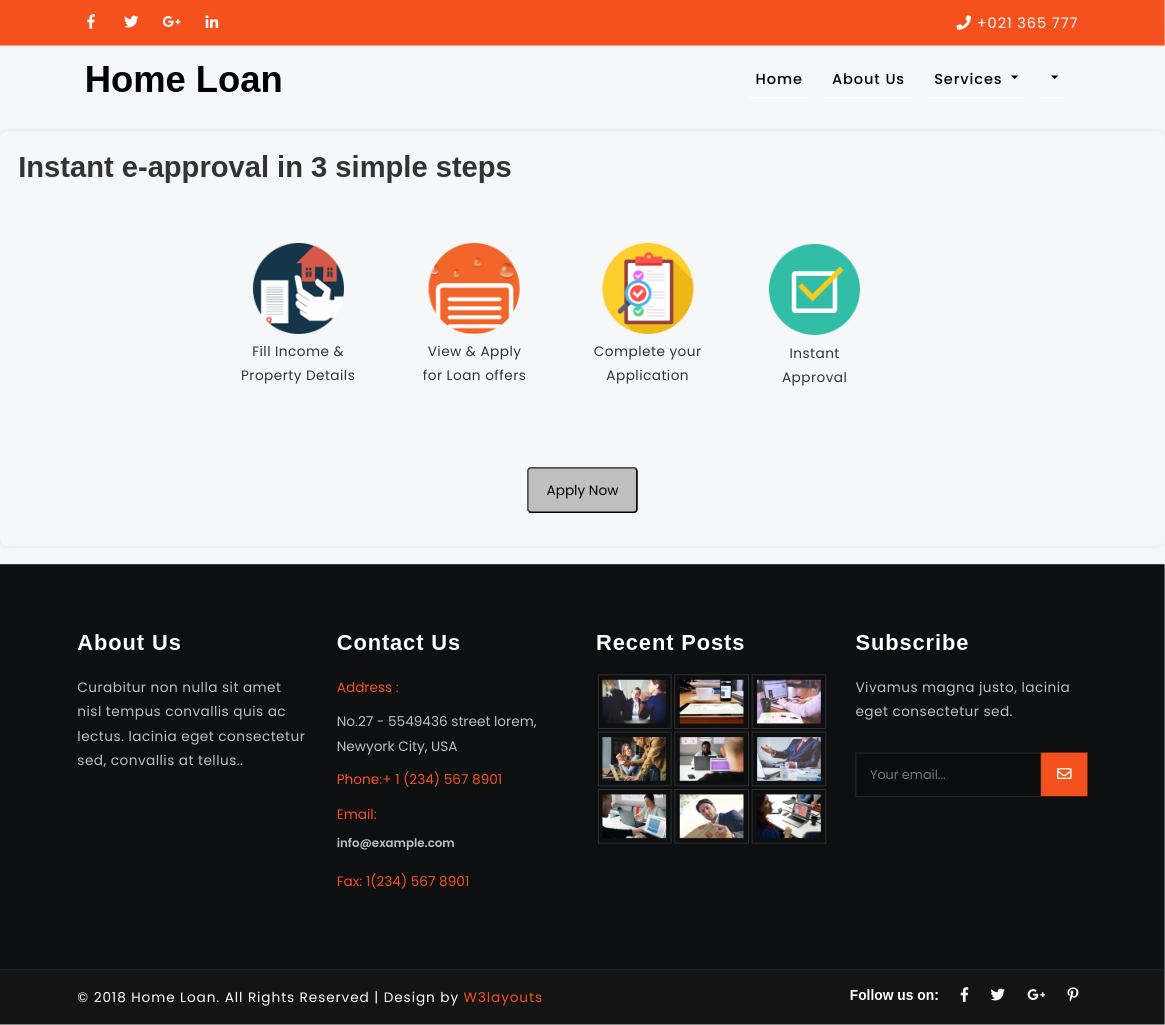
Repository: 72-faisal/Spring-MVC-project
Page: http://localhost/HomeLoan/WEB-INF/views/LoanApplyOnline.jsp
An editor plug-in stored every save of this project. The page is shown before and after the next save, followed by the edit.
The browser window is 1280 px wide. The pictures show the whole page, at 91% of full size.
Some web fonts or font styles are not loaded; a fallback is used. The page is served by Tomcat 9. Nobody is signed in. Other server files are loaded and not shown. The template is opened directly, without the code that normally fills it, so the values that code supplies are empty.

Above is the page before, as saved 2023-12-29 04:13:50.

### HomeLoan/src/main/webapp/WEB-INF/views/LoanApplyOnline.jsp
<%@ page language="java" contentType="text/html; charset=ISO-8859-1"
	pageEncoding="ISO-8859-1"%>
<%@ page isELIgnored="false"%>
<!DOCTYPE html>
<html>
<head>
<meta charset="ISO-8859-1">
<title>Home Loan a Banking Category Flat Bootstrap Responsive
	Website Template | Services :: w3layouts</title>
<style type="text/css">
/* Global Styles */
body {
	font-family: 'Poppins', sans-serif;
	margin: 0;
	padding: 0;
	background-color: #f5f5f5;
}

/* Header Styles */
/*   header {
        background-color: #333;
        color: #fff;
        padding: 10px 0;
    } */
.top {
	background-color: #555;
	padding: 5px 0;
}

.top-middle ul, .top-left ul {
	padding: 0;
	margin: 0;
	list-style: none;
}

.top-middle ul li, .top-left ul li {
	display: inline;
	margin-right: 10px;
}

/* Apply Online Section Styles */
.apply-online {
	/* background-color: #fff; */
	padding: 20px;
	margin: 20px 0;
	border-radius: 8px;
	box-shadow: 0 0 6px rgba(0, 0, 0, 0.1);
}

.apply-online h2 span {
	color: #333;
}

.apply-online ul {
	list-style: none;
	padding: 60px;
	margin: 0;
	text-align: center;
}

.apply-online ul li {
	display: inline-block;
	margin-right: 70px;
	vertical-align: top;
}

.apply-online ul li img {
	max-width: 100%;
}

.apply-online ul li p {
	margin: 5px 0;
}

.apply-online .apply-btn {
	background-color: #bfbfbf;
	color: #000;
	padding: 10px 20px;
	text-decoration: none;
	border-radius: 5px;
	display: inline-block;
	margin-top: 20px;

}

/* Footer Styles */
/*  footer {
        background-color: #f1f1f1;
        color: #fff;
        text-align: center;
        padding: 10px 0;
        margin-top: 20px;
    } */
</style>
<!-- Additional stylesheets -->
<title>Home Loan a Banking Category Flat Bootstrap Responsive
	Website Template | Services :: w3layouts</title>
<meta name="viewport" content="width=device-width, initial-scale=1">
<meta charset="utf-8">
<meta name="keywords"
	content="Home Loan Responsive web template, Bootstrap Web Templates, Flat Web Templates, Android Compatible web template,
SmartPhone Compatible web template, free WebDesigns for Nokia, Samsung, LG, SonyEricsson, Motorola web design" />
<script>
	addEventListener("load", function() {
		setTimeout(hideURLbar, 0);
	}, false);

	function hideURLbar() {
		window.scrollTo(0, 1);
	}
</script>

<!-- Bootstrap Core CSS -->
<link href="<%=request.getContextPath()%>/resources/css/bootstrap.css"
	rel='stylesheet' type='text/css' />
<link href="<%=request.getContextPath()%>/resources/css/style.css"
	rel='stylesheet' type='text/css' />
<!-- font-awesome icons -->
<link
	href="<%=request.getContextPath()%>/resources/css/fontawesome-all.min.css"
	rel="stylesheet">
<!-- //Custom Theme files -->
<!-- online fonts -->
<!-- titles -->
<link
	href="//fonts.googleapis.com/css?family=Raleway:300,400,500,600,700,800,900"
	rel="stylesheet">
<!-- body -->
<link
	href="//fonts.googleapis.com/css?family=Poppins:400,500,600,700,800"
	rel="stylesheet">
</head>

<body>

	<!-- header -->
	<header>
		<div class="top">
			<div class="container">
				<div class="t-op row">
					<div class="col-sm-6 top-middle">
						<ul>
							<li><a href="#"><i class="fab fa-facebook-f"></i></a></li>
							<li><a href="#"><i class="fab fa-twitter"></i></a></li>
							<li><a href="#"><i class="fab fa-google-plus-g"></i></a></li>
							<li><a href="#"><i class="fab fa-linkedin-in"></i></a></li>
						</ul>
					</div>
					<div class="col-sm-6 top-left">
						<ul>
							<li><i class="fas fa-phone"></i> +021 365 777</li>
						</ul>
					</div>
				</div>
			</div>
		</div>
		<div class="container">
			<nav class="navbar navbar-expand-lg navbar-light">
				<h1>
					<a class="navbar-brand text-capitalize" href="index"> Home Loan
					</a>
				</h1>
				<button class="navbar-toggler" type="button" data-toggle="collapse"
					data-target="#navbarSupportedContent"
					aria-controls="navbarSupportedContent" aria-expanded="false"
					aria-label="Toggle navigation">
					<span class="navbar-toggler-icon"></span>
				</button>

				<div class="collapse navbar-collapse" id="navbarSupportedContent">
					<ul class="navbar-nav text-center  ml-lg-auto">
						<li class="nav-item mr-3"><a class="nav-link" href="index">Home
								<span class="sr-only">(current)</span>
						</a></li>
						<li class="nav-item  mr-3"><a class="nav-link" href="about">About
								Us</a></li>

						<li class="nav-item dropdown mr-3"><a
							class="nav-link dropdown-toggle" href="#" id="navbarDropdown"
							role="button" data-toggle="dropdown" aria-haspopup="true"
							aria-expanded="false"> Services </a>
							<div class="dropdown-menu" aria-labelledby="navbarDropdown">
								<a class="dropdown-item" href="LoanApplyOnline">Apply Online</a>
								<a class="dropdown-item" href="LoanApprovedProject">Approved
									Project</a> <a class="dropdown-item" href="LoanCalculator">Loan
									Calculator</a>
							</div></li>
						<li class="nav-item dropdown mr-3"><a
							class="nav-link dropdown-toggle" href="#" id="navbarDropdown"
							role="button" data-toggle="dropdown" aria-haspopup="true"
							aria-expanded="false"> ${user.name } </a>
							<div class="dropdown-menu" aria-labelledby="navbarDropdown">
								<a class="dropdown-item" href="UserProfile">Profile</a> <a
									class="dropdown-item" href="UserChangePassword">Change
									Password</a> <a class="dropdown-item" href="UserLogout">Logout</a>
							</div></li>
						<!-- 	<li class="nav-item">
							<a class="nav-link" href="contact">contact</a>
						</li> -->
					</ul>
				</div>
			</nav>
		</div>
	</header>
	<!-- //header -->

	<!-- Apply Online Section -->
	<form action="LoanApply" method="">
	<div
		class="apply-online resp-tab-content hor_1 resp-tab-content-active"
		aria-labelledby="hor_1_tab_item-2" style="display: block">
		<h2>
			<span>Instant e-approval in 3 simple steps</span>
		</h2>
		<h3>${cust.msg }</h3>
		<ul>
			<li>
				<p>
					<img
						src="<%=request.getContextPath()%>/resources/images/apply-img1.png"
						alt="Property Details" title="Property Details">
				</p>
				<p>
					Fill Income &amp; <br>Property Details
				</p>
			</li>
			<li>
				<p>
					<img
						src="<%=request.getContextPath()%>/resources/images/apply-img2.png"
						alt="View &amp; Apply for Loan offers"
						title="View &amp; Apply for Loan offers">
				</p>
				<p>
					View &amp; Apply <br>for Loan offers
				</p>
			</li>
			<li>
				<p>
					<img
						src="<%=request.getContextPath()%>/resources/images/apply-img3.png"
						alt="Complete your Application" title="Complete your Application">
				</p>
				<p>
					Complete your <br>Application
				</p>
			</li>
			<li>
				<p>
					<img
						src="<%=request.getContextPath()%>/resources/images/apply-img4.png"
						alt="Instant Approval" title="Instant Approval">
				</p>
				<p>
					Instant <br>Approval
				</p>
			</li>
		</ul>
		<!-- <p>&nbsp;</p>
		<p>&nbsp;</p> -->
		<p class="txt-center" style="text-align: center;">
			<input type="submit" class="apply-btn" value="Apply Now">
		</p>
	</div>
</form>
	<!--footer-->
	<footer>
		<div class="container py-md-4 mt-md-3">
			<div class="row footer-top-w3layouts-agile py-5">
				<div class="col-lg-3 col-md-6 col-sm-6 footer-grid">
					<div class="footer-title">
						<h3>About Us</h3>
					</div>
					<div class="footer-text">
						<p>Curabitur non nulla sit amet nisl tempus convallis quis ac
							lectus. lacinia eget consectetur sed, convallis at tellus..</p>

					</div>
				</div>
				<div class="col-lg-3 col-md-6 col-sm-6 footer-grid">
					<div class="footer-title">
						<h3>Contact Us</h3>
					</div>
					<div class="footer-office-hour">
						<ul>
							<li class="hd">Address :</li>
							<li>No.27 - 5549436 street lorem, Newyork City, USA</li>

						</ul>
						<ul>
							<li class="hd">Phone:+ 1 (234) 567 8901</li>
							<li class="hd">Email: <a href="mailto:info@example.com">info@example.com</a>
							</li>
							<li class="hd">Fax: 1(234) 567 8901</li>
						</ul>
					</div>
				</div>
				<div class="col-lg-3 col-md-6 col-sm-6 footer-grid">
					<div class="footer-title">
						<h3>Recent Posts</h3>
					</div>
					<div class="footer-list">
						<div class="flickr-grid">
							<a href="#" data-toggle="modal" data-target="#myModal"> <img
								src="<%=request.getContextPath()%>/resources/images/g1.jpg"
								class="img-fluid" alt=" ">
							</a>
						</div>
						<div class="flickr-grid">
							<a href="#" data-toggle="modal" data-target="#myModal"> <img
								src="<%=request.getContextPath()%>/resources/images/g2.jpg"
								class="img-fluid" alt=" ">
							</a>
						</div>
						<div class="flickr-grid">
							<a href="#" data-toggle="modal" data-target="#myModal"> <img
								src="<%=request.getContextPath()%>/resources/images/g3.jpg"
								class="img-fluid" alt=" ">
							</a>
						</div>
						<div class="flickr-grid">
							<a href="#" data-toggle="modal" data-target="#myModal"> <img
								src="<%=request.getContextPath()%>/resources/images/g4.jpg"
								class="img-fluid" alt=" ">
							</a>
						</div>
						<div class="flickr-grid">
							<a href="#" data-toggle="modal" data-target="#myModal"> <img
								src="<%=request.getContextPath()%>/resources/images/g5.jpg"
								class="img-fluid" alt=" ">
							</a>
						</div>
						<div class="flickr-grid">
							<a href="#" data-toggle="modal" data-target="#myModal"> <img
								src="<%=request.getContextPath()%>/resources/images/g6.jpg"
								class="img-fluid" alt=" ">
							</a>
						</div>
						<div class="flickr-grid">
							<a href="#" data-toggle="modal" data-target="#myModal"> <img
								src="<%=request.getContextPath()%>/resources/images/g7.jpg"
								class="img-fluid" alt=" ">
							</a>
						</div>
						<div class="flickr-grid">
							<a href="#" data-toggle="modal" data-target="#myModal"> <img
								src="<%=request.getContextPath()%>/resources/images/g9.jpg"
								class="img-fluid" alt=" ">
							</a>
						</div>
						<div class="flickr-grid">
							<a href="#" data-toggle="modal" data-target="#myModal"> <img
								src="<%=request.getContextPath()%>/resources/images/g8.jpg"
								class="img-fluid" alt=" ">
							</a>
						</div>
						<div class="clearfix"></div>
					</div>
				</div>
				<div class="col-lg-3 col-md-6 col-sm-6 footer-grid">
					<div class="footer-title">
						<h3>Subscribe</h3>
					</div>
					<p>Vivamus magna justo, lacinia eget consectetur sed.</p>
					<form action="#" method="post" class="newsletter">
						<input class="email" type="email" placeholder="Your email..."
							required="">
						<button class="btn1">
							<i class="far fa-envelope"></i>
						</button>
					</form>
					<div class="clearfix"></div>
				</div>
			</div>
		</div>
	</footer>
	<!---->
	<div class="copyright py-3">
		<div class="container">
			<div class="copyrighttop">
				<ul>
					<li>
						<h4>Follow us on:</h4>
					</li>
					<li><a class="facebook" href="#"> <i
							class="fab fa-facebook-f"></i>
					</a></li>
					<li><a class="facebook" href="#"> <i
							class="fab fa-twitter"></i>
					</a></li>
					<li><a class="facebook" href="#"> <i
							class="fab fa-google-plus-g"></i>
					</a></li>
					<li><a class="facebook" href="#"> <i
							class="fab fa-pinterest-p"></i>
					</a></li>
				</ul>
			</div>
			<div class="copyrightbottom">
				<p>
					© 2018 Home Loan. All Rights Reserved | Design by <a
						href="http://w3layouts.com/">W3layouts</a>
				</p>
			</div>
			<div class="clearfix"></div>
		</div>
	</div>
	<!-- Modal -->
	<div class="modal fade" id="myModal" tabindex="-1" role="dialog"
		aria-labelledby="exampleModalCenterTitle" aria-hidden="true">
		<div class="modal-dialog modal-dialog-centered" role="document">
			<div class="modal-content">
				<div class="modal-header">
					<h4 class="modal-title">Home Loan</h4>
					<button type="button" class="close" data-dismiss="modal"
						aria-label="Close">
						<span aria-hidden="true">&times;</span>
					</button>
				</div>
				<div class="modal-body">
					<div class="agileits-w3layouts-info">
						<img src="<%=request.getContextPath()%>/resources/images/g6.jpg"
							class="img-fluid" alt="" />
						<p>Duis venenatis, turpis eu bibendum porttitor, sapien quam
							ultricies tellus, ac rhoncus risus odio eget nunc. Pellentesque
							ac fermentum diam. Integer eu facilisis nunc, a iaculis felis.
							Pellentesque pellentesque tempor enim, in dapibus turpis
							porttitor quis.</p>
					</div>
				</div>
				<div class="modal-footer">
					<button type="button" class="btn btn-secondary"
						data-dismiss="modal">Close</button>
					<button type="button" class="btn btn-primary">Save changes</button>
				</div>
			</div>
		</div>
	</div>
	<!-- //Modal -->
	<!-- js-->
	<script
		src="<%=request.getContextPath()%>/resources/js/jquery-2.2.3.min.js"></script>
	<!-- js-->
	<!-- Bootstrap Core JavaScript -->
	<script
		src="<%=request.getContextPath()%>/resources/js/bootstrap.js ">

	</script>
	<!-- //Bootstrap Core JavaScript -->

</body>
</html>

Loaded but not shown: HomeLoan/src/main/webapp/WEB-INF/resources/assets/css/bootstrap.css (library); HomeLoan/src/main/webapp/WEB-INF/resources/assets/css/fontawesome-all.min.css (library); HomeLoan/src/main/webapp/WEB-INF/resources/assets/js/jquery-2.2.3.min.js (library); HomeLoan/src/main/webapp/WEB-INF/resources/assets/js/bootstrap.js (library); HomeLoan/src/main/webapp/WEB-INF/resources/assets/css/style.css (2094 lines, source omitted)

After the next save:
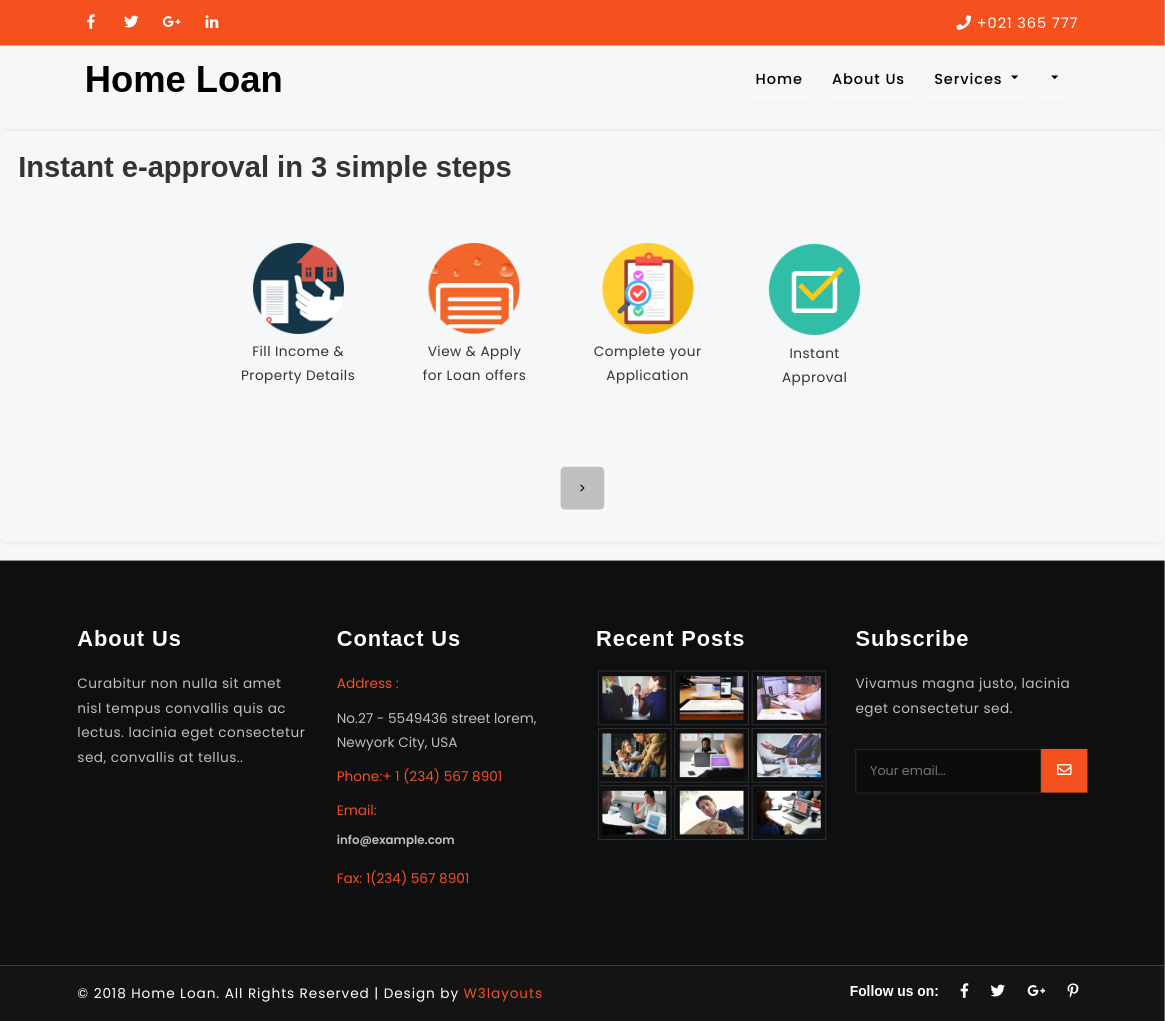
Saved 99 s later.
--- a/HomeLoan/src/main/webapp/WEB-INF/views/LoanApplyOnline.jsp
+++ b/HomeLoan/src/main/webapp/WEB-INF/views/LoanApplyOnline.jsp
@@ -259,7 +259,7 @@
 		<!-- <p>&nbsp;</p>
 		<p>&nbsp;</p> -->
 		<p class="txt-center" style="text-align: center;">
-			<input type="submit" class="apply-btn" value="Apply Now">
+			<a Href=UserFormForLoan<input type="submit" class="apply-btn" value="Apply Now">></a></a>
 		</p>
 	</div>
 </form>

After the 2 saves that followed:
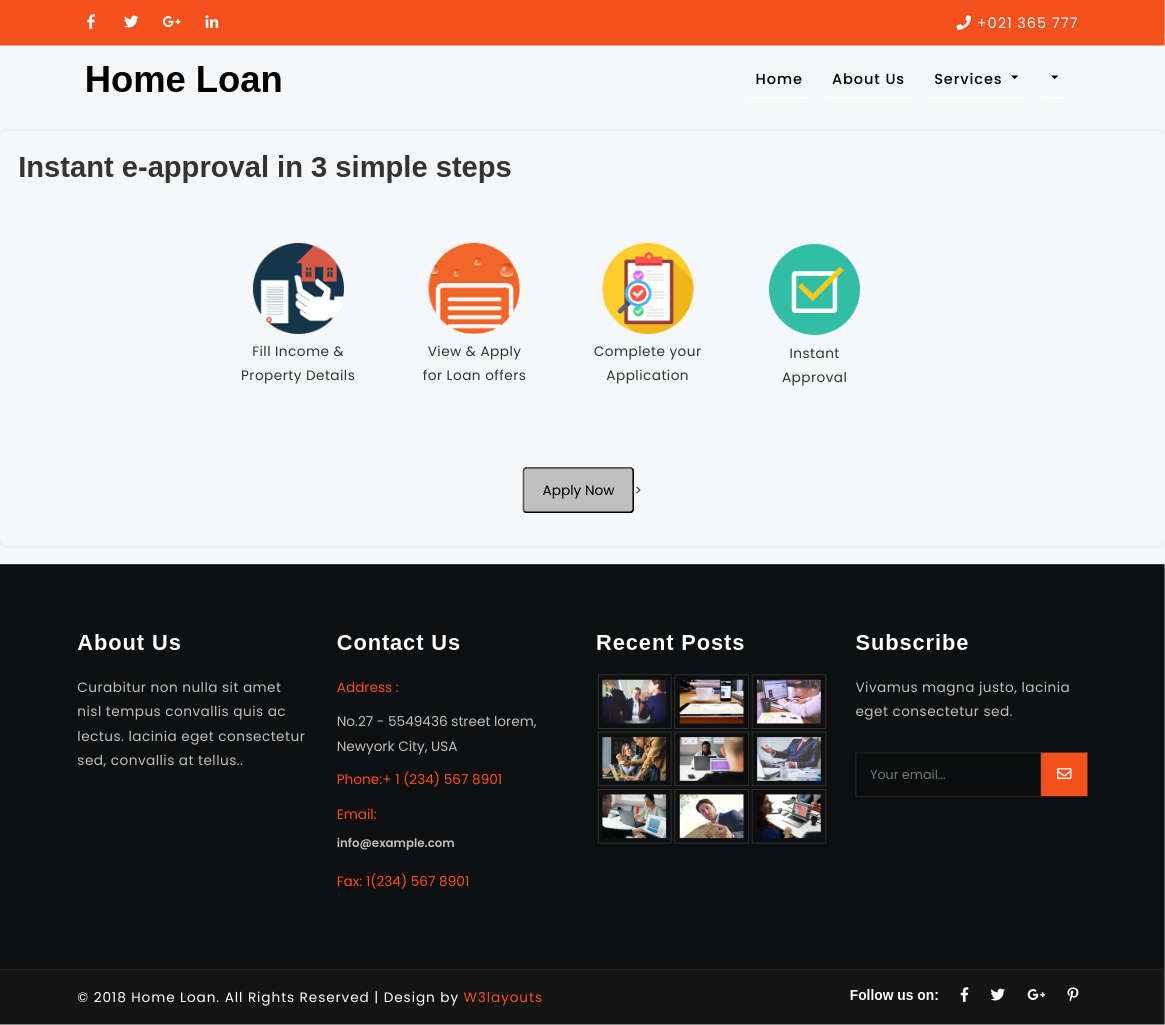
The 2 saves are shown as one change because 1 left the picture as it was.
The last was saved 35 s later.
--- a/HomeLoan/src/main/webapp/WEB-INF/views/LoanApplyOnline.jsp
+++ b/HomeLoan/src/main/webapp/WEB-INF/views/LoanApplyOnline.jsp
@@ -259,8 +259,8 @@
 		<!-- <p>&nbsp;</p>
 		<p>&nbsp;</p> -->
 		<p class="txt-center" style="text-align: center;">
-			<a Href=UserFormForLoan<input type="submit" class="apply-btn" value="Apply Now">></a></a>
-		</p>
+			<a Href=UserFormForLoan></a><input type="submit" class="apply-btn" value="Apply Now">>
+					</p>
 	</div>
 </form>
 	<!--footer-->
